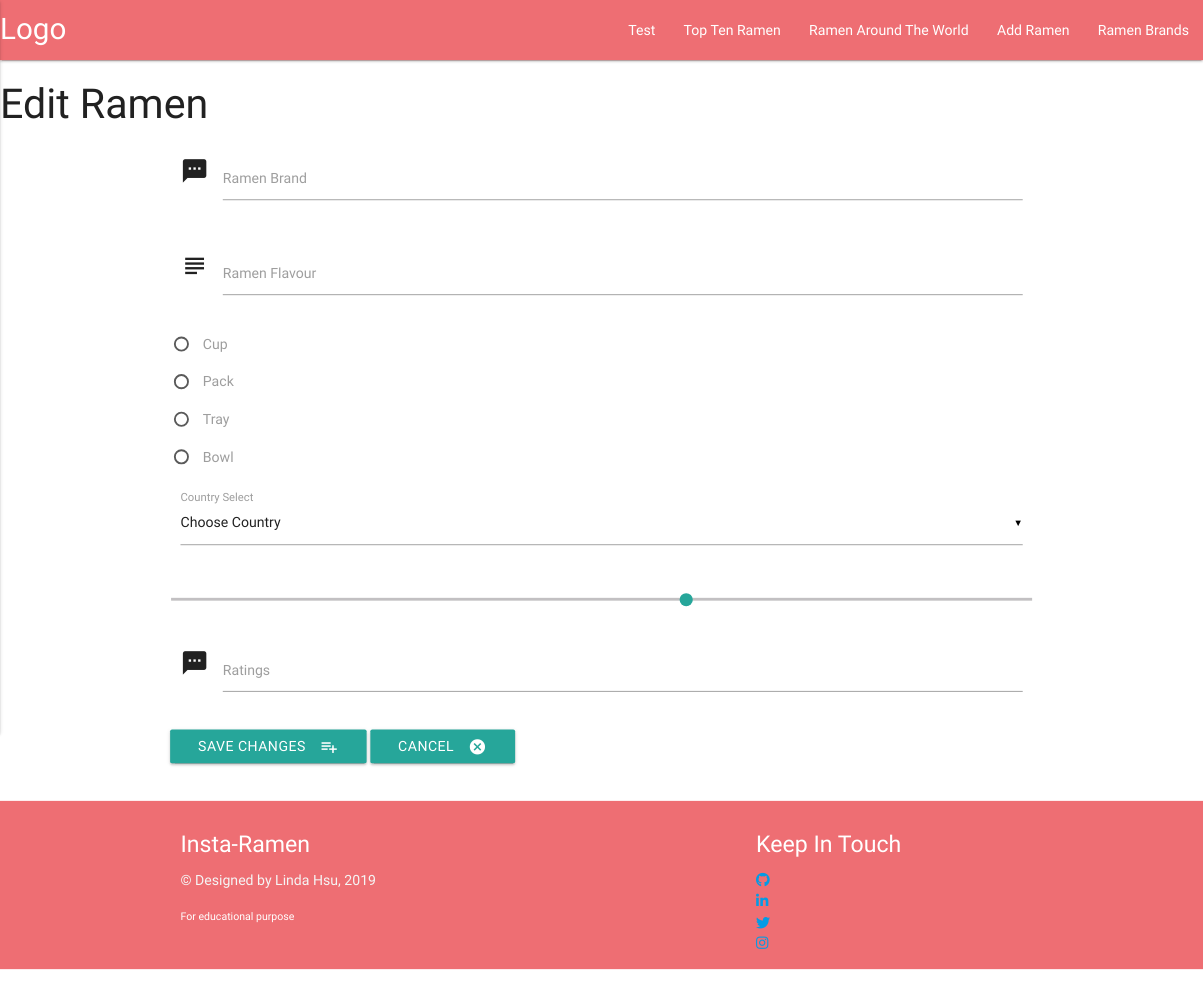
Repository: Paddlepop25/codeinstitute-insta-ramen
Page: templates/edit_ramen.html
The author's editor kept a record of every edit. The page is drawn from the files as they stood at one moment, then again after the next edit.
The browser window is 1280 px wide. The pictures show the whole page, at 94% of full size.
Some web libraries are served in a nearby version. The page is served by the project's application, run on Flask 3 (app.py). The template is opened directly, without the code that normally fills it, so the values that code supplies are empty.

Above is the page before.

After the next edit:
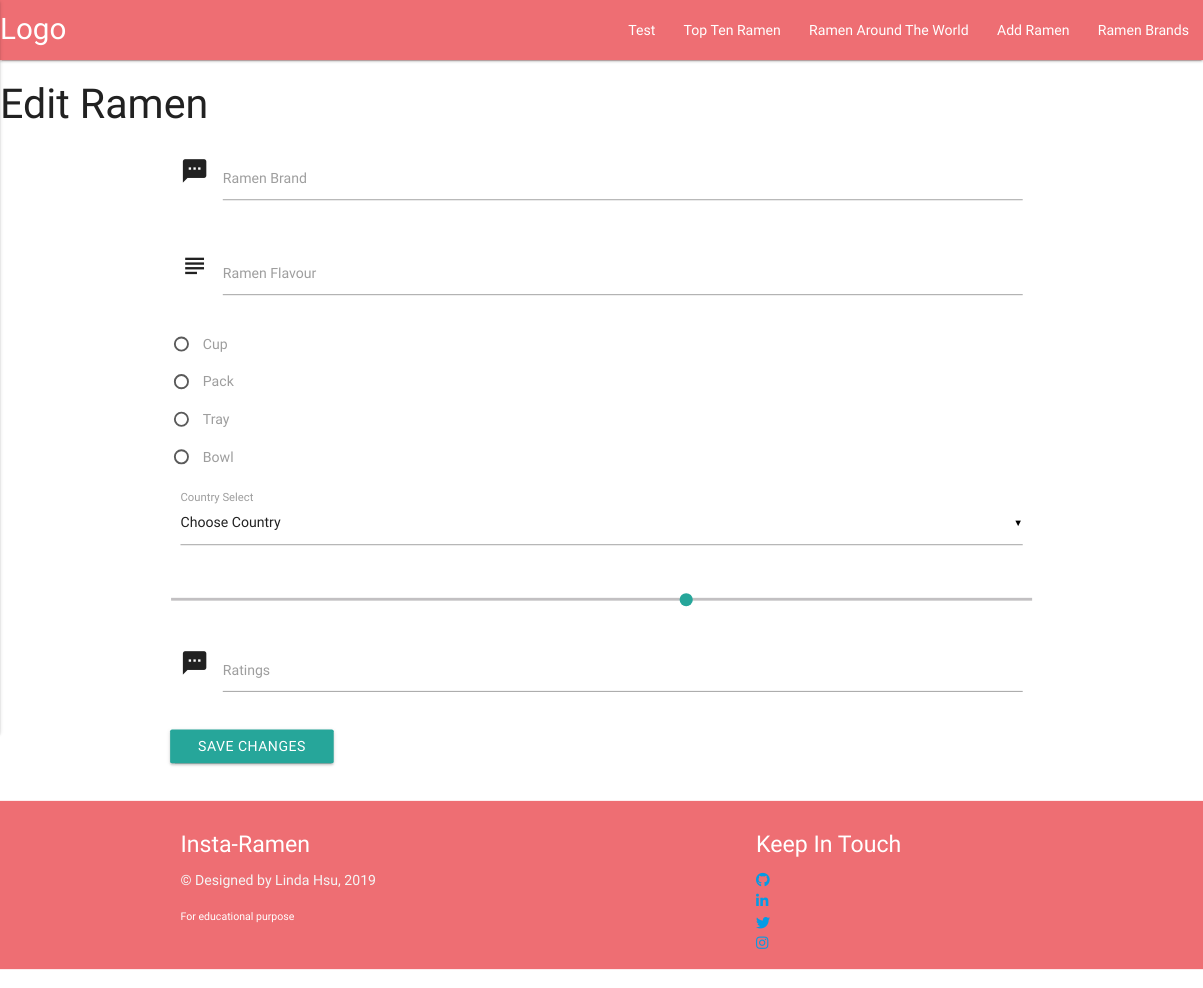
The edit:
--- a/templates/edit_ramen.html
+++ b/templates/edit_ramen.html
@@ -90,13 +90,14 @@
       </div>
 
       <div class="row">
-        <button class="btn waves-effect waves-light" type="submit" name="action">Save Changes
-        <i class="material-icons right">playlist_add</i>
-      </button>
-      <button class="btn waves-effect waves-light" type="submit" name="action">Cancel
-      <a href="{{url_for('get_ramen')}}"></a>
-        <i class="material-icons right">cancel</i>
-      </button>
+      <!--  <button class="btn waves-effect waves-light" type="submit" name="action">Save Changes-->
+      <!--  <i class="material-icons right">playlist_add</i>-->
+      <!--</button>-->
+      <!--<button class="btn waves-effect waves-light" type="submit" name="action">Cancel-->
+      <!--<a href="{{url_for('get_ramen')}}"></a>-->
+      <!--  <i class="material-icons right">cancel</i>-->
+      <!--</button>-->
+      <a href="{{url_for('update_ramen', ramen_id=ramen._id)}}" class="waves-effect waves-light btn">Save Changes</a>
       </div>
     </form>
 
